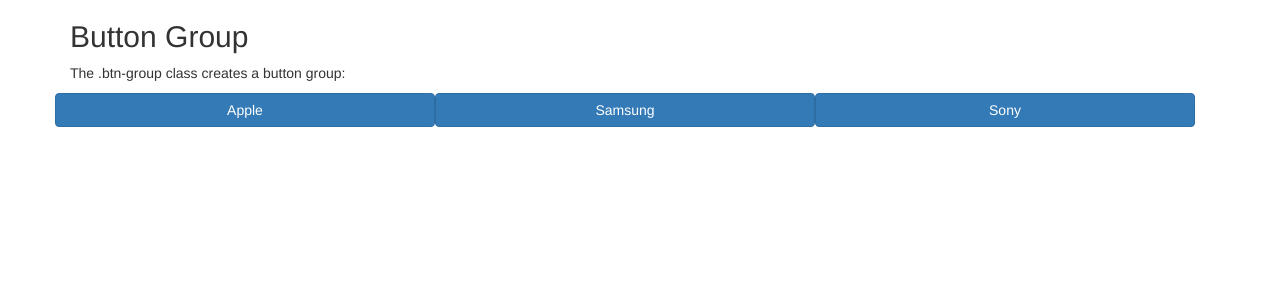
Repository: rsusolutions/RSU-Website
Page: quiz/index2.html
These files come from the project's save history. The page is drawn as it stood at one moment and after the next save; the edit follows.
The browser window is 1280 px wide. The pictures show the whole page.

Above is the page before, as saved 2020-04-21 13:32:22.

After the next save:
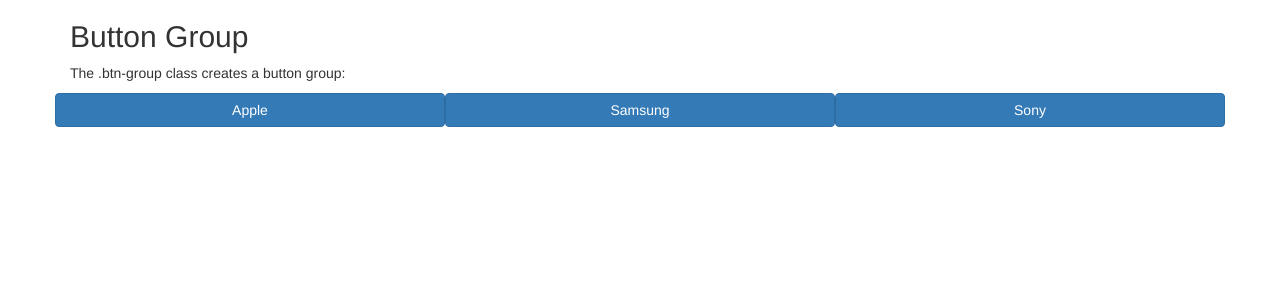
Saved 37 s later.
--- a/quiz/index2.html
+++ b/quiz/index2.html
@@ -20,8 +20,8 @@
 <div class="container">
   <h2>Button Group</h2>
   <p>The .btn-group class creates a button group:</p>
-  <div class=" btn-block row">
-    <button type="button "  class="btn btn-primary col col-md-4">Apple</button>
+  <div class="  row">
+    <button type="button "  class="btn btn-primary  col col-md-4">Apple</button>
     <button type="button"  class="btn btn-primary col col-md-4">Samsung</button>
     <button type="button"  class="btn btn-primary col col-md-4">Sony</button>
   </div>
